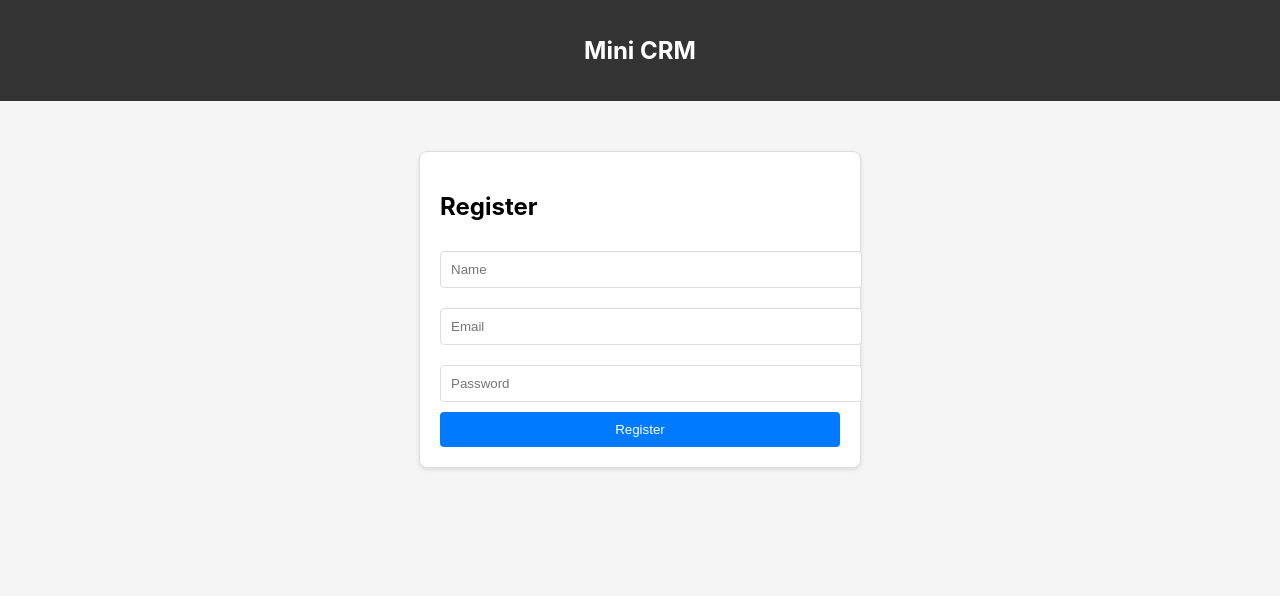
Repository: KarthikMallareddy/Mini-CRM
Page: /register (app in frontend/)
An editor plug-in stored every save of this project. The page is shown before and after the next save, followed by the edit.
The browser window is 1280 px wide. The pictures show the whole page.
The project was rebuilt for these pictures with package versions that can differ from the ones it lists, and the page was loaded fresh each time. Also part of the build but not shown: frontend/src/components/CustomerList.js, frontend/src/components/CustomerDetail.js, frontend/src/components/LeadList.js, frontend/src/components/LeadForm.js, frontend/src/pages/Login.js, frontend/src/pages/Dashboard.js.

Above is the page before, as saved 2025-09-14 00:34:54.

After the next save:
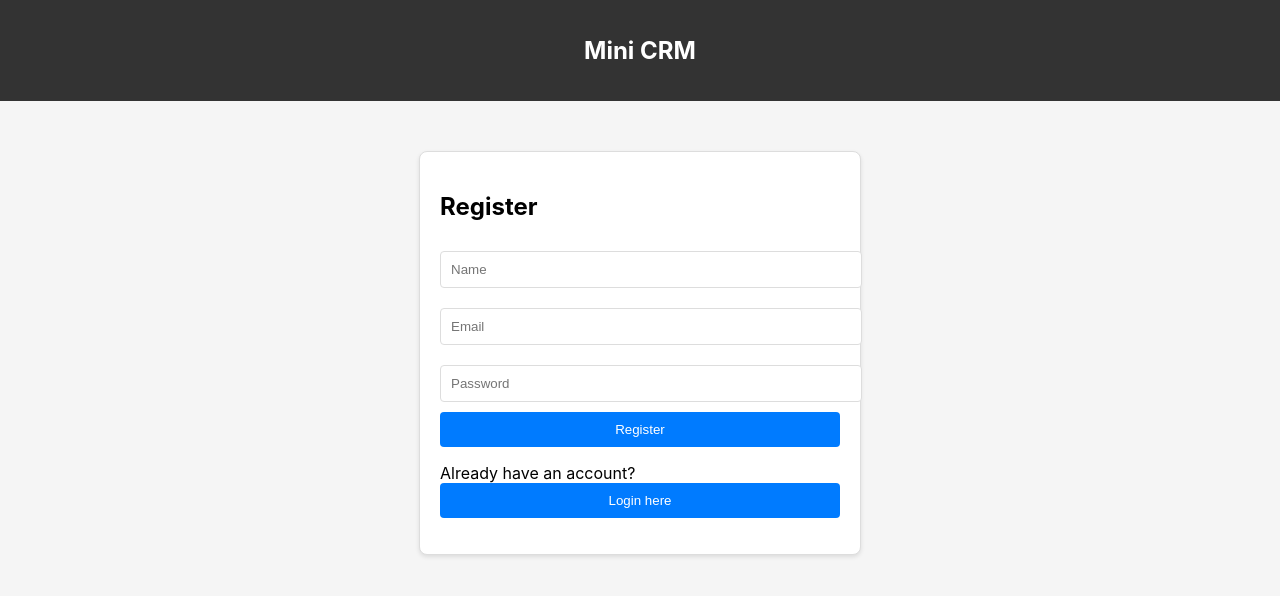
Saved 15 s later.
--- a/frontend/src/pages/Register.js
+++ b/frontend/src/pages/Register.js
@@ -40,6 +40,9 @@ const Register = () => {
       </form>
       {error && <div className="error">{error}</div>}
       {success && <div className="success">{success}</div>}
+      <div className="auth-link">
+        <p>Already have an account? <button onClick={() => navigate('/login')} className="link-button">Login here</button></p>
+      </div>
     </div>
   );
 };
